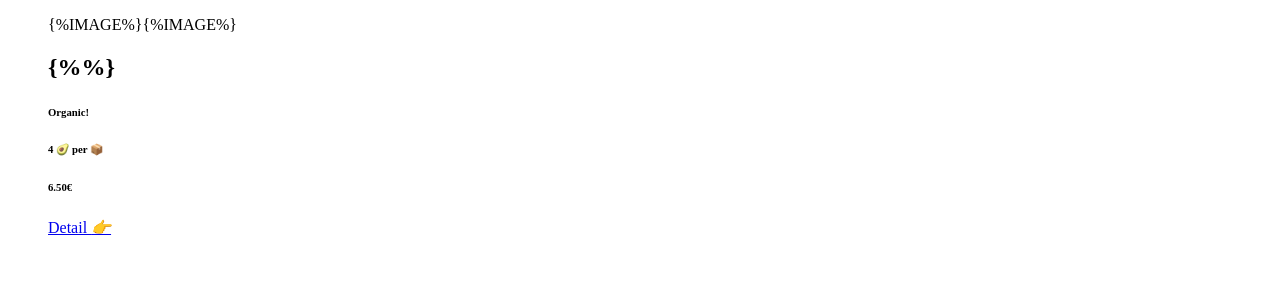
Repository: Tiantian-C/node2
Page: templates/template-card.html
An editor plug-in stored every save of this project. The page is shown before and after a run of saves, followed by the edit.
The browser window is 1280 px wide. The pictures show the whole page.

Above is the page before, as saved 2023-07-15 15:43:58.

After the next 2 saves:
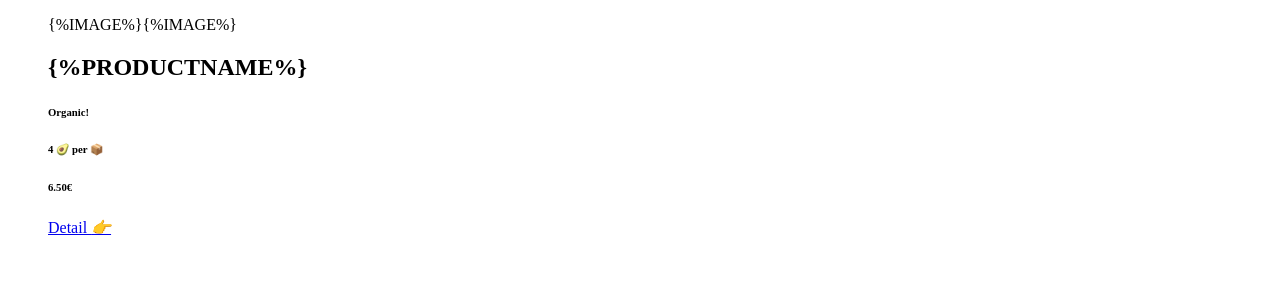
The 2 saves are shown as one change because they came seconds apart.
The last was saved 7 s later.
--- a/templates/template-card.html
+++ b/templates/template-card.html
@@ -2,7 +2,7 @@
   <div class="card__emoji">{%IMAGE%}{%IMAGE%}</div>
 
   <div class="card__title-box">
-    <h2 class="card__title">{%%}</h2>
+    <h2 class="card__title">{%PRODUCTNAME%}</h2>
   </div>
 
   <div class="card__details">
